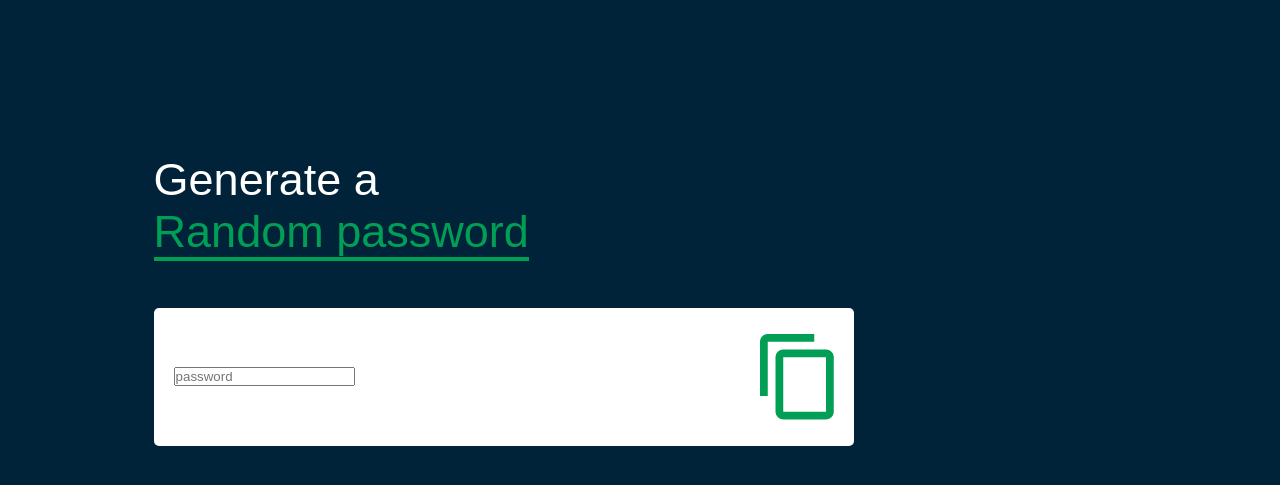
Repository: YAAMAR/password-generator
Page: Random password/index.html
These files come from the project's save history. The page is drawn as it stood at one moment and after the next save; the edit follows.
The browser window is 1280 px wide. The pictures show the whole page.

Above is the page before, as saved 2024-05-02 19:06:25.

### Random password/index.html
<!DOCTYPE html>
<html lang="en">
<head>
    <meta charset="UTF-8">
    <meta name="viewport" content="width=device-width, initial-scale=1.0">
    <title>Random Password Generator-Easy Tutorials</title>
    <link rel="stylesheet" href="style.css">
</head>
<body>
    <div class="container">

        <h1>Generate a <br> <span>Random password</span></h1>
        <div class="display">

            <input type="text" id="password" placeholder="password">
            <img src="images/copy.png">
        </div>
    </div>
</body>
</html>

### Random password/style.css
*{
    margin: 0;
    padding: 0;
    font-family: 'poppins',sans-serif;
    box-sizing: border-box;
}
body{
    background: #002339;
    color: #fff;
}
.container{
    margin: 12%;
    width: 90%;
    max-width: 700px;
}
.display{
    width: 100%;
    margin-top: 50px;
    margin-bottom: 30px;
    background:#fff ;
color: #fff;
display: flex;
align-items: center;
justify-content: space-between;
padding: 26px 20px;
border-radius: 5px;
}
.container h1{
    font-weight: 500;
    font-size: 45px;
}
.container h1 span{
    color: #019f55;
    border-bottom:4px solid #019f55 ;
    padding-bottom: ;

}

After the next save:
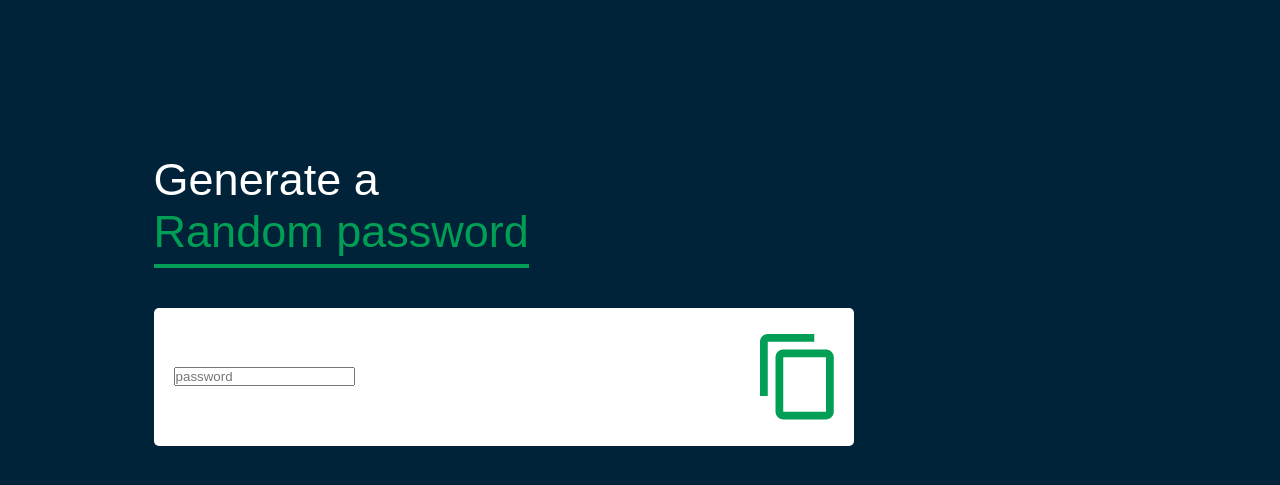
Saved 5 s later.
--- a/Random password/style.css
+++ b/Random password/style.css
@@ -32,6 +32,6 @@ border-radius: 5px;
 .container h1 span{
     color: #019f55;
     border-bottom:4px solid #019f55 ;
-    padding-bottom: ;
+    padding-bottom:7px ;
 
 }
